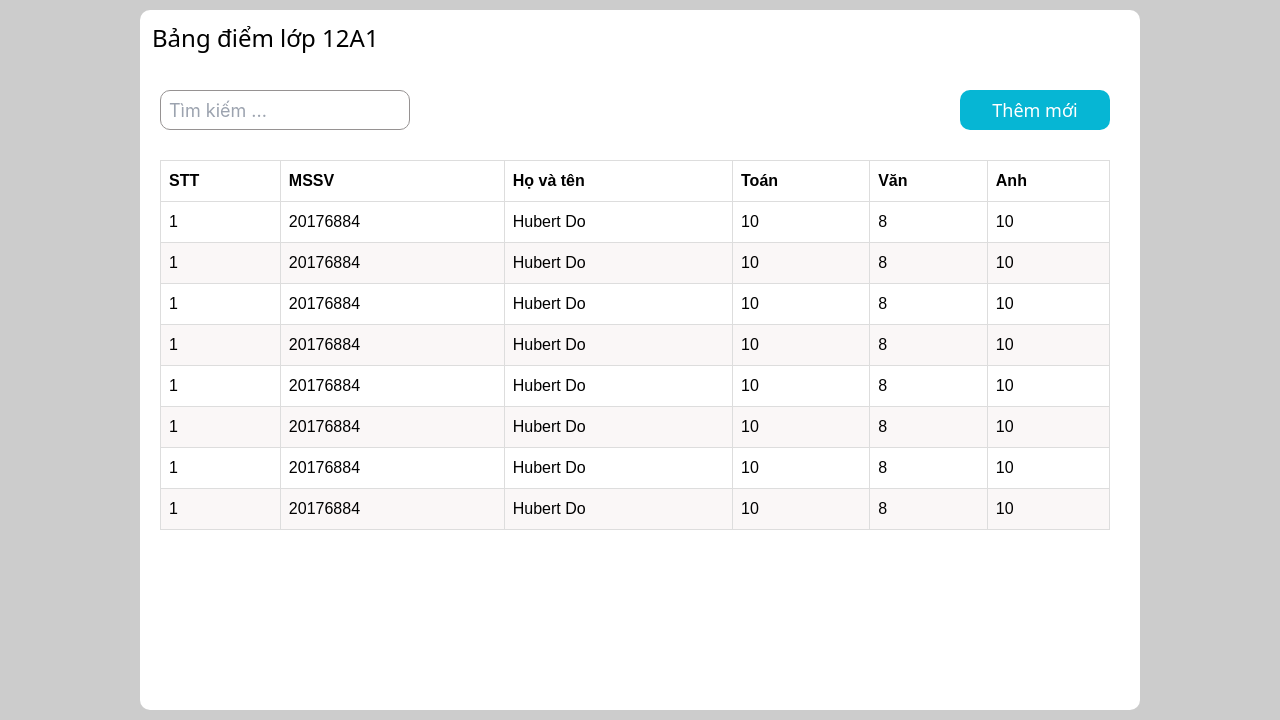
Repository: doducthuan/ReactJS-Movie
Page: /
These files come from the project's save history. The page is drawn as it stood at one moment and after the next save; the edit follows.
The browser window is 1280 px wide. The pictures show the whole page.
The project was rebuilt for these pictures with package versions that can differ from the ones it lists, and the page was loaded fresh each time. Also part of the build but not shown: src/App.css.

Above is the page before, as saved 2024-01-13 07:47:44.

### public/index.html
<!DOCTYPE html>
<html lang="en">
  <head>
    <meta charset="utf-8" />
    <link rel="icon" href="%PUBLIC_URL%/avatar_rmbg.png" />
    <meta name="viewport" content="width=device-width, initial-scale=1" />
    <meta name="theme-color" content="#000000" />
    <meta
      name="description"
      content="Web site created using create-react-app"
    />
    <link rel="apple-touch-icon" href="%PUBLIC_URL%/logo192.png" />
    <!--
      manifest.json provides metadata used when your web app is installed on a
      user's mobile device or desktop. See https://developers.google.com/web/fundamentals/web-app-manifest/
    -->
    <link rel="manifest" href="%PUBLIC_URL%/manifest.json" />
    <!--
      Notice the use of %PUBLIC_URL% in the tags above.
      It will be replaced with the URL of the `public` folder during the build.
      Only files inside the `public` folder can be referenced from the HTML.

      Unlike "/favicon.ico" or "favicon.ico", "%PUBLIC_URL%/favicon.ico" will
      work correctly both with client-side routing and a non-root public URL.
      Learn how to configure a non-root public URL by running `npm run build`.
    -->
    <title>Mèo Hen</title>
  </head>
  <body>
    <noscript>You need to enable JavaScript to run this app.</noscript>
    <div id="root"></div>
    <!--
      This HTML file is a template.
      If you open it directly in the browser, you will see an empty page.

      You can add webfonts, meta tags, or analytics to this file.
      The build step will place the bundled scripts into the <body> tag.

      To begin the development, run `npm start` or `yarn start`.
      To create a production bundle, use `npm run build` or `yarn build`.
    -->
  </body>
</html>

### src/App.js
import './App.css';
import Students from './components/students/Students';
function App() {
  return (
    <div className="App">
      <Students></Students>
    </div>
  );
}

export default App;

### src/components/students/Students.js
import React, { useMemo } from 'react';
import './styles.css';
import { useTable } from 'react-table';
import { COLUMNS } from './Columns';
const Students = () => {
    const data = [
        { stt: 1, id: 20176884, name: "Hubert Do", math: 10, literature: 8, english: 10 },
        { stt: 1, id: 20176884, name: "Hubert Do", math: 10, literature: 8, english: 10 },
        { stt: 1, id: 20176884, name: "Hubert Do", math: 10, literature: 8, english: 10 },
        { stt: 1, id: 20176884, name: "Hubert Do", math: 10, literature: 8, english: 10 },
        { stt: 1, id: 20176884, name: "Hubert Do", math: 10, literature: 8, english: 10 },
        { stt: 1, id: 20176884, name: "Hubert Do", math: 10, literature: 8, english: 10 },
        { stt: 1, id: 20176884, name: "Hubert Do", math: 10, literature: 8, english: 10 },
        { stt: 1, id: 20176884, name: "Hubert Do", math: 10, literature: 8, english: 10 },
    ];
    const columns = useMemo(() => COLUMNS, []);
    const { getTableProps, getTableBodyProps, headerGroups, rows, prepareRow } = useTable({ columns, data });
    return (
        <div className="full-view">
            <div className="border-data">
                <p className="font-sans text-2xl ml-3 mt-3">Bảng điểm lớp 12A1</p>
                <div className="table-data">
                    <div className="search-add mt-9 flex">
                        <input className="search-all text-lg" placeholder='Tìm kiếm ...' />
                        <button className="add-student font-sans text-lg bg-cyan-500 hover:bg-cyan-600 text-white">Thêm mới</button>
                    </div>
                    <div className="table-content">
                        <table {...getTableProps()}>
                            <thead>
                                {headerGroups.map((headerGroup) => (
                                    <tr {...headerGroup.getHeaderGroupProps()}>
                                        {headerGroup.headers.map((column) => (
                                            <th {...column.getHeaderProps()}>
                                                {column.render('Header')}
                                            </th>
                                        ))}
                                    </tr>
                                ))}
                            </thead>
                            <tbody {...getTableBodyProps()}>
                                {rows.map((row) => {
                                    prepareRow(row);
                                    return (
                                        <tr {...row.getRowProps()}>
                                            {row.cells.map((cell) => {
                                                return (
                                                    <td {...cell.getCellProps()}>
                                                        {cell.render('Cell')}
                                                    </td>
                                                );
                                            })}
                                        </tr>
                                    );
                                })}
                            </tbody>
                        </table>

                    </div>
                </div>

            </div>
        </div>
    );
};

export default Students;

### src/components/students/styles.css
.full-view{
    display: flex;
    justify-content: center;
    align-items: center;
    height: 100vh;
    background-color: #ccc;
}
.border-data{
    width: 1000px;
    height: 700px;
    background-color: #fff;
    border-radius: 10px;
}
.table-data{
    width: 95%;
    height: 600px;
    margin-left: 20px;
}
.search-add{
    gap: 550px;
    margin-bottom: 30px;
}
.search-all{
    width: 250px;
    height: 40px;
    border: 1px solid #969292;
    border-radius: 10px;
    padding: 8px;
}
.add-student{
    width: 150px;
    height: 40px;
    border-radius: 10px;
}
table{
    font-family: sans-serif;
    border-collapse: collapse;
    width: 100%;
}
td,th {
    border: 1px solid #dddddd;
    text-align: left;
    padding: 8px;
}
tr:nth-child(even) {
    background-color: #faf7f7;
}

### src/components/students/Columns.js
export const COLUMNS = [
    { Header: "STT", accessor: "stt" },
    { Header: "MSSV", accessor: "id" },
    { Header: "Họ và tên", accessor: "name" },
    { Header: "Toán", accessor: "math" },
    { Header: "Văn", accessor: "literature" },
    { Header: "Anh", accessor: "english" },
];

Loaded but not shown: src/index.js (common file); src/index.css (common file); src/reportWebVitals.js (common file); tailwind.config.js (common file)

After the next save:
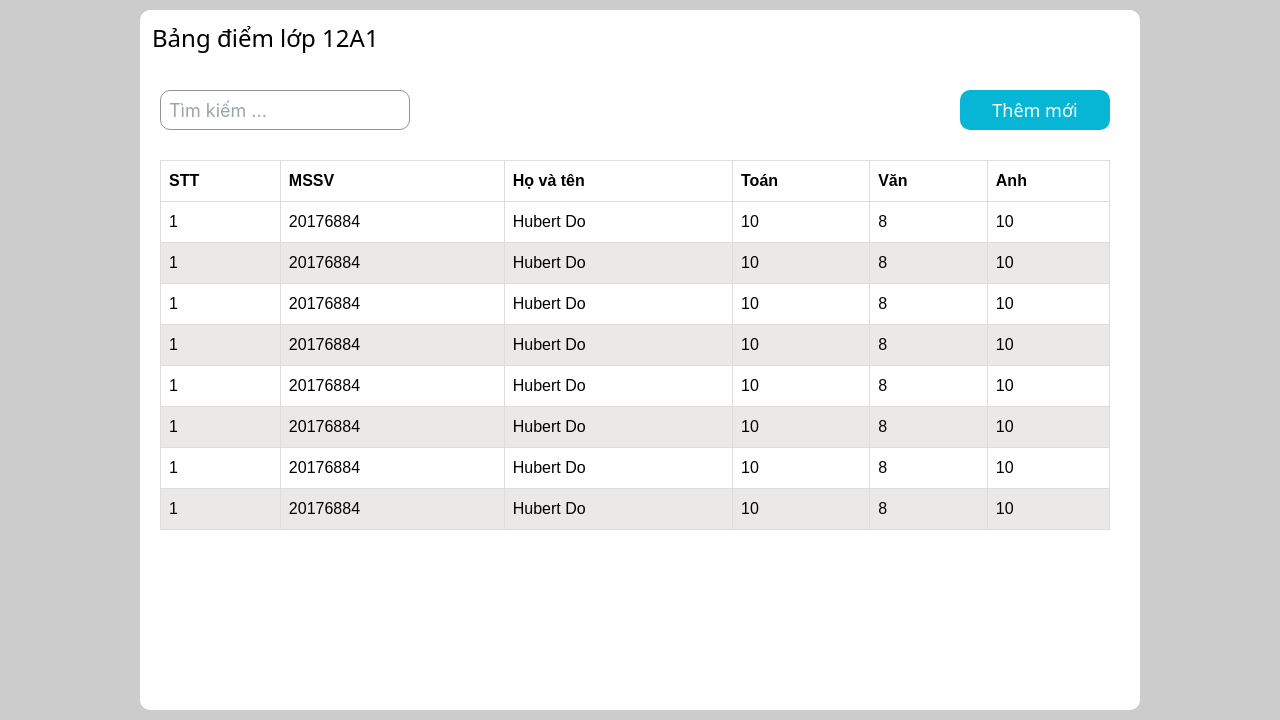
Saved 13 s later.
--- a/src/components/students/styles.css
+++ b/src/components/students/styles.css
@@ -43,5 +43,5 @@ td,th {
     padding: 8px;
 }
 tr:nth-child(even) {
-    background-color: #faf7f7;
+    background-color: #ebe8e8;
 }
